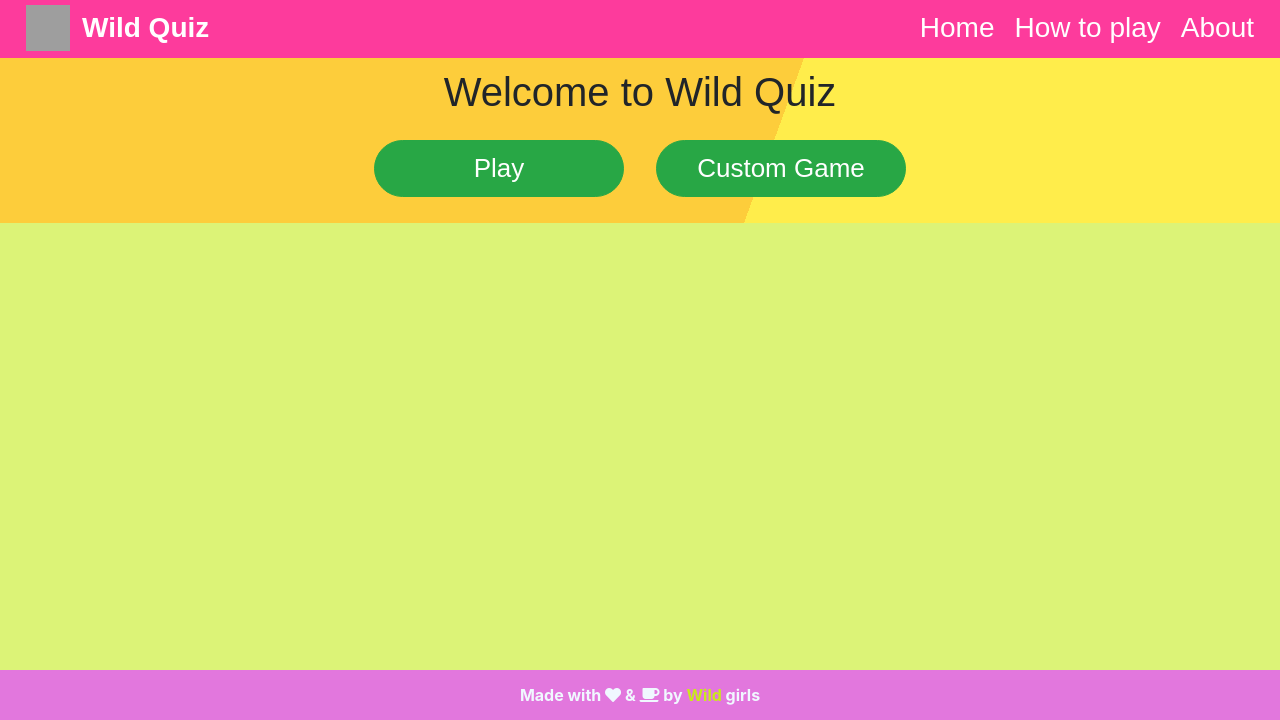
Repository: jenna1k/wildQuizApp
Page: /
These files come from the project's save history. The page is drawn as it stood at one moment and after the next save; the edit follows.
The browser window is 1280 px wide. The pictures show the whole page.
Pictures or frames that could not be fetched are drawn as grey boxes. The page's requests for data from a server got no answer. Some web fonts or font styles are not loaded; a fallback is used. Some web libraries are served in a nearby version. The project was rebuilt for these pictures with package versions that can differ from the ones it lists, and the page was loaded fresh each time. No one was signed in, and anything a server would have sent is missing. Also part of the build but not shown: src/App.css, src/components/game/GameBox.css, src/components/game/Question.js, src/components/game/Answers.js, src/components/game/ProgressBar.js, src/components/game/GameBox.js, src/components/game/SelectCategory.css, src/components/game/SelectCategory.js and 10 more.

Above is the page before, as saved 2019-05-14 15:35:30.

### public/index.html
<!DOCTYPE html>
<html lang="en">
  <head>
    <meta charset="utf-8" />
    <link rel="shortcut icon" href="%PUBLIC_URL%/favicon.ico" />
    <meta
      name="viewport"
      content="width=device-width, initial-scale=1, shrink-to-fit=no"
    />
    <meta name="theme-color" content="#000000" />
    <!--
      manifest.json provides metadata used when your web app is installed on a
      user's mobile device or desktop. See https://developers.google.com/web/fundamentals/web-app-manifest/
    -->
    <link rel="manifest" href="%PUBLIC_URL%/manifest.json" />
    <!--
      Notice the use of %PUBLIC_URL% in the tags above.
      It will be replaced with the URL of the `public` folder during the build.
      Only files inside the `public` folder can be referenced from the HTML.

      Unlike "/favicon.ico" or "favicon.ico", "%PUBLIC_URL%/favicon.ico" will
      work correctly both with client-side routing and a non-root public URL.
      Learn how to configure a non-root public URL by running `npm run build`.
    --><link rel="stylesheet" href="https://use.fontawesome.com/releases/v5.8.2/css/all.css" integrity="sha384-oS3vJWv+0UjzBfQzYUhtDYW+Pj2yciDJxpsK1OYPAYjqT085Qq/1cq5FLXAZQ7Ay" crossorigin="anonymous">
    <title>Wild Quiz App</title>
  </head>
  <body>
    <noscript>You need to enable JavaScript to run this app.</noscript>
    <div id="root"></div>
    <!--
      This HTML file is a template.
      If you open it directly in the browser, you will see an empty page.

      You can add webfonts, meta tags, or analytics to this file.
      The build step will place the bundled scripts into the <body> tag.

      To begin the development, run `npm start` or `yarn start`.
      To create a production bundle, use `npm run build` or `yarn build`.
    -->
  </body>
</html>

### src/index.css
@font-face {
  font-family: 'Quicksand';
  font-style: normal;
  font-weight: 400;
  src: local('Quicksand Regular'), local('Quicksand-Regular'), url(https://fonts.gstatic.com/s/quicksand/v9/6xKtdSZaM9iE8KbpRA_hK1QNYuDyPw.woff2) format('woff2');
  unicode-range: U+0000-00FF, U+0131, U+0152-0153, U+02BB-02BC, U+02C6, U+02DA, U+02DC, U+2000-206F, U+2074, U+20AC, U+2122, U+2191, U+2193, U+2212, U+2215, U+FEFF, U+FFFD;
}

@font-face {
  font-family: 'Jura';
  font-style: normal;
  font-weight: 400;
  src: local('Jura Regular'), local('Jura-Regular'), url(https://fonts.gstatic.com/s/jura/v10/z7NbdRfiaC4VXcRJUQZA3Jw.woff2) format('woff2');
  unicode-range: U+0000-00FF, U+0131, U+0152-0153, U+02BB-02BC, U+02C6, U+02DA, U+02DC, U+2000-206F, U+2074, U+20AC, U+2122, U+2191, U+2193, U+2212, U+2215, U+FEFF, U+FFFD;
}

body {
  margin: 0;
  padding: 0;
  -webkit-font-smoothing: antialiased;
  -moz-osx-font-smoothing: grayscale;
}

html, body {
  height: 100%;
  margin: 0;
}

#root {
  height: 100%;
}

.content {
  min-height: calc(100vh - 50px);
  background: rgb(220, 243, 119);
}

### src/App.js
import React, { Component } from 'react';
import { BrowserRouter as Router, Route } from 'react-router-dom';
import './App.css';

import Header from './components/global/Header'
import Home from './pages/Home';
import About from './pages/About';
import Rules from './pages/Rules';
import Footer from './components/global/Footer';


class App extends Component {
  render() {
    return (
      <Router>
        <div className="content">
          <Header />
          <Route exact path={'/'} component={Home} />

          <Route path={'/home'} component={Home} />
          <Route path={'/about'} component={About} />
          <Route path={'/how_to_play'} component={Rules} />
        </div>
        <Footer />
      </Router>
    );
  }
}

export default App;

### src/components/global/Header.js
import React from 'react';
import { Collapse, Navbar, NavbarToggler, NavbarBrand, Nav, NavItem } from 'reactstrap';
import { NavLink as RouterLink } from 'react-router-dom';
import './Header.css';

export default class Header extends React.Component {
  constructor(props) {
    super(props);

    this.state = {
      isOpen: false
    };

    this.toggle = this.toggle.bind(this);
    this.closeNavbar = this.closeNavbar.bind(this);
  }

  toggle() {
    this.setState({
      isOpen: !this.state.isOpen
    });
  }

  closeNavbar() {
    if (this.state.isOpen === true) {
      this.toggle();
    }
  }

  render() {
    return (
      <div id="header">
        <Navbar expand="md" className="navbar-dark">
          <NavbarBrand href="/">
            <img src="https://content.screencast.com/users/aliashkevich/folders/Default/media/3384b2f1-221e-43aa-87e5-9947a9a7d73f/logo_white.png"
              alt="logo"
              className="logo" />
            <span>Wild Quiz</span>
          </NavbarBrand>
          <NavbarToggler className="custom-toggler" onClick={this.toggle} />
          <Collapse isOpen={this.state.isOpen} navbar>
            <Nav className="ml-auto" navbar>
              <NavItem>
                <RouterLink exact to="/home" onClick={this.closeNavbar}>Home</RouterLink>
              </NavItem>
              <NavItem>
                <RouterLink to="/how_to_play" onClick={this.closeNavbar}>How to play</RouterLink>
              </NavItem>
              <NavItem>
                <RouterLink to="/about" onClick={this.closeNavbar}>About</RouterLink>
              </NavItem>
            </Nav>
          </Collapse>
        </Navbar>
      </div>
    );
  }
}

### src/pages/Home.js
import React from 'react';
import { Container, Spinner } from 'reactstrap';
import GameBox from '../components/game/GameBox';
import GameSettings from '../components/game/GameSettings';
import './Home.css';

export default class Home extends React.Component {
  constructor(props) {
    super(props);

    this.state = {
      mode: 'customization', // 'customization', 'quiz', 'result'
      quizList: [],
      currentQuiz: 0,
      score: 0,
      answered: false,
      progress: {},
      url: 'https://opentdb.com/api.php?amount=10&type=multiple',
      loading: true,
      comment: 'Solve the question !'
    };

    this.clickButton = this.clickButton.bind(this);
    this.nextButton = this.nextButton.bind(this);
    this.getData = this.getData.bind(this);
    this.getURL = this.getURL.bind(this);
  }

  clickButton(e, key) {
    const ans = document.querySelectorAll('#ans')
    var progress = Object.assign([], this.state.progress);
    if (key === 0 && !this.state.answered) {
      e.target.style.backgroundColor = 'green';
      progress.push(true);
      this.setState(state => ({ score: state.score + 10, answered: true, progress: progress, comment: 'good job!' }))
    } else if (!this.state.answered) {
      e.target.style.backgroundColor = 'red';
      progress.push(false);
      this.setState(state => ({ answered: true, progress: progress, comment: 'oopsy!' }))
      // show right answer
      setTimeout(() => {
        for (let i = 0; i < ans.length; i++) {
          if (ans[i].dataset.answer === 'correct') {
            return ans[i].style.backgroundColor = "green";
          }
        }
      }, 300)
    }
  };

  nextButton() {
    const ans = document.querySelectorAll('#ans')
    for (let i = 0; i < ans.length; i++) {
      ans[i].style.backgroundColor = "";
    }
    setTimeout(() => {
      if (this.state.currentQuiz !== this.state.quizList.length - 1) {
        this.setState(state => ({ answered: false, currentQuiz: this.state.currentQuiz + 1, comment: "Solve the question !" }))
      } else {
        this.setState(state => ({ answered: false, mode: 'result' }))
      }
    }, 300)
  }

  getData() {
    fetch(this.state.url)
      .then(res => res.json())
      .then(data => {
        this.setState({
          quizList: data.results,
          loading: false
        })
      })
  }

  getURL(url) {
    this.setState({
      url: url,
      mode: 'quiz'
    }, this.getData);
  }

  render() {
    var gamePhase;
    switch (this.state.mode) {
      case 'customization':
        gamePhase = <GameSettings getURL={this.getURL} />;
        break;
      case 'quiz':
        if (this.state.quizList.length > 0) {
          gamePhase = <GameBox
            quiz={this.state.quizList[this.state.currentQuiz]}
            score={this.state.score}
            clickButton={this.clickButton}
            nextButton={this.nextButton}
            answered={this.state.answered}
            progress={this.state.progress}
            amount={this.state.quizList.length}
            comment={this.state.comment}
            currentQuiz={this.state.currentQuiz} />;
        } else {
          gamePhase = null;
        }
        break;
      case 'result':
        gamePhase = <h1 className="text-center">Your score: {this.state.score} points</h1>
        break;
      default:
        gamePhase = <GameSettings />;
        break;
    }

    if (this.state.loading && this.state.mode === 'quiz') {
      return (
        <div className="text-center">
          <Spinner type="grow" />
          <Spinner type="grow" />
          <Spinner type="grow" />
        </div>
      )
    }

    return (
      <Container id="home">
        {gamePhase}
      </Container>
    )
  }
}

### src/components/global/Footer.js
import React from "react";
import "./Footer.css";

const Footer = () => (
  <footer className="footer">
    <span>Made with <i class="fas fa-heart"></i> & <i class="fas fa-coffee"></i> by <a href="https://odyssey.wildcodeschool.com/?locale=en" target="_blank" class="link color-inherit hover-white">Wild</a> girls</span>
  </footer>
);

export default Footer;

### src/components/global/Header.css
.logo {
  width: 56px;
  height: 46px;
}

.navbar-brand span {
  vertical-align: middle;
  font-size: 28px;
  font-weight: bold;
}

.navbar-brand img {
  padding-right: 12px;
}

nav {
  top: 0;
  position: fixed;
  z-index: 100;
}

nav.navbar {
  padding-top: 0px;
  padding-bottom: 2px;
  background-color: #fd3b9c;
  font-size: 28px;
  font-family: 'Quicksand', 'Jura', sans-serif;
  font-size: 28px;
}

.navbar a {
  padding-right: 10px;
  padding-left: 10px;
  color: #ffffff;
}

.navbar a.active {
  color: #fdfd3b;
  font-weight: bold;
  font-family: 'Quicksand', 'Jura', sans-serif;
  text-shadow: 1px 1px #e462a3;
}

.navbar a:hover {
  color: #fdfd3b;
  text-decoration: none;
}

/* remove the blue outline when active or focused */
.navbar-toggler:active, .navbar-toggler:focus {
  outline: 0;
}

.custom-toggler.navbar-toggler {
  border-color: transparent !important;
}

.custom-toggler .navbar-toggler-icon {
background-image: url("data:[embedded picture, 240 characters]") !important;
}

.ml-auto.navbar-nav{
  text-align: right;
}

### src/components/game/GameSettings.js
import React from 'react';
import { Container, Button } from 'reactstrap';
import SelectCategory from './SelectCategory';
import NumberOfQuestions from './NumberOfQuestions';
import SelectDifficulty from './SelectDifficulty';
import './GameSettings.css';


export default class GameSettings extends React.Component {
  static defaultProps = {
    url: 'https://opentdb.com/'
  }

  constructor(props) {
    super(props);

    this.generateAPIRequestURL = this.generateAPIRequestURL.bind(this);
    this.getSessionToken = this.getSessionToken.bind(this);
    this.setCategoryHandler = this.setCategoryHandler.bind(this);
    this.setAmountHandler = this.setAmountHandler.bind(this);
    this.setDifficultyHandler = this.setDifficultyHandler.bind(this);
    this.customizeGame = this.customizeGame.bind(this);
    this.checkAmountOfAvailableQuestions = this.checkAmountOfAvailableQuestions.bind(this);

    this.state = {
      gameSetting: 'default', // 'default', 'selectCategory', 'selectDifficulty', 'selectAmount'
      type: 'multiple',
      category: 'any',
      difficulty: 'any',
      amount: 10,
      token: '', // by appending a Session Token to a API Call, the API will never give you the same question twice.
      availableQuestionsList: [], // after category is selected ask API for available count of questions in DB for specific category
      availableQuestions: 50
    };
  }

  componentDidMount() {
    this.getSessionToken();
  }

  getSessionToken() {
    fetch(this.props.url + 'api_token.php?command=request')
      .then(res => res.json())
      .then(data => { this.setState({ token: data.token }) })
      .catch(error => console.log(error));
  }

  setCategoryHandler(category) {
    this.setState({
      category: category,
      gameSetting: 'selectDifficulty'
    }, this.checkAmountOfAvailableQuestions)
  }

  setAmountHandler(amount) {
    this.setState({
      amount: amount
    })
  }

  setDifficultyHandler(difficulty) {
    this.setState({
      difficulty: difficulty,
      gameSetting: 'selectAmount'
    })

    if (this.state.category !== "any") {
      const param = `total_${difficulty}_question_count`;
      const availableQuestionsCount = this.state.availableQuestionsList[param];
      this.setState({
        availableQuestions: availableQuestionsCount
      })
    }
  }

  generateAPIRequestURL() {
    const url = this.props.url
      + "api.php?token=" + this.state.token
      + (this.state.category === 'any' ? "" : "&category=" + this.state.category)
      + (this.state.difficulty === 'any' ? "" : "&difficulty=" + this.state.difficulty)
      + "&amount=" + (this.state.amount !== "" ? this.state.amount : "10");
    //+ "&type=" + this.state.type; // to do: probably it's better to skip type, because num of questions are limited and there is no choise to check how many questions are available for multuple type game

    if (this.props.getURL != null) {
      this.props.getURL(url);
    }
  }

  customizeGame() {
    this.setState({
      gameSetting: 'selectCategory'
    })
  }

  checkAmountOfAvailableQuestions() {
    if (this.state.category !== "any") {
      fetch(this.props.url + "api_count.php?category=" + this.state.category)
        .then(res => res.json())
        .then(data => { this.setState({ availableQuestionsList: data.category_question_count }) })
        .catch(error => console.log(error));
    }
  }

  render() {
    var gameSettings;
    switch (this.state.gameSetting) {
      case 'default':
        gameSettings = <Container className="text-center">
          <h1>Welcome to Wild Quiz</h1>
          <Button className="game" color="success" size="lg" onClick={this.generateAPIRequestURL}>Play</Button>
          <Button className="game" color="success" size="lg" onClick={this.customizeGame}>Custom Game</Button>
        </Container>
        break;

      case 'selectCategory':
        gameSettings = <SelectCategory setCategoryHandler={this.setCategoryHandler} />
        break;

      case 'selectDifficulty':
        gameSettings = <SelectDifficulty setDifficultyHandler={this.setDifficultyHandler} />
        break;

      case 'selectAmount':
        gameSettings = <div className="text-center">
          <NumberOfQuestions setAmountHandler={this.setAmountHandler} maxCount={this.state.availableQuestions} />
          <Button className="game" size="lg" color="success" onClick={this.generateAPIRequestURL}>Play</Button>
        </div>
        break;

      default:
        gameSettings = <div>Default</div>
        break;
    }

    return (
      <div className="game-settings">
        {gameSettings}
      </div>
    )
  }
}

### src/pages/Home.css
div#home {
  max-width: 100%;
  height: 100%;
  padding: 0;
  background: -webkit-linear-gradient(110deg, #fdcd3b 60%, #ffed4b 60%);
  background: -o-linear-gradient(110deg, #fdcd3b 60%, #ffed4b 60%);
  background: -moz-linear-gradient(110deg, #fdcd3b 60%, #ffed4b 60%);
  background: linear-gradient(110deg, #fdcd3b 60%, #ffed4b 60%);
  font-family: 'Quicksand', 'Jura', sans-serif;
}

### src/components/global/Footer.css
footer {
  width: 100%;
  padding: 0;
  margin: 0;
  text-align: center;
  transition: 200ms;
  color: aliceblue;
  font-weight: bold;
  display: flex !important;
  justify-content: center;
  align-items: center;
  height: 50px;
}

footer:hover {
  box-shadow: 0 0 2rem gray;
}

footer {
  background: rgb(226, 119, 221);
}

footer a, footer a:hover {
  color: #cae91b;
  ;
  text-decoration: none;
  background-color: transparent;
}

footer:hover {
  box-shadow: 0 0 2rem gray;
}

footer {
  background: rgb(226, 119, 221);
}

footer a, footer a:hover {
  color: #cae91b;
  ;
  text-decoration: none;
  background-color: transparent;
}

### src/components/game/GameSettings.css
div.game-settings {
  padding: 10px;
}

button.btn.game {
  margin: 1rem;
  font-size: 26px;
  width: 250px;
  border-radius: 30px;
}

Loaded but not shown: src/index.js (common file); src/serviceWorker.js (common file)

After the next save:
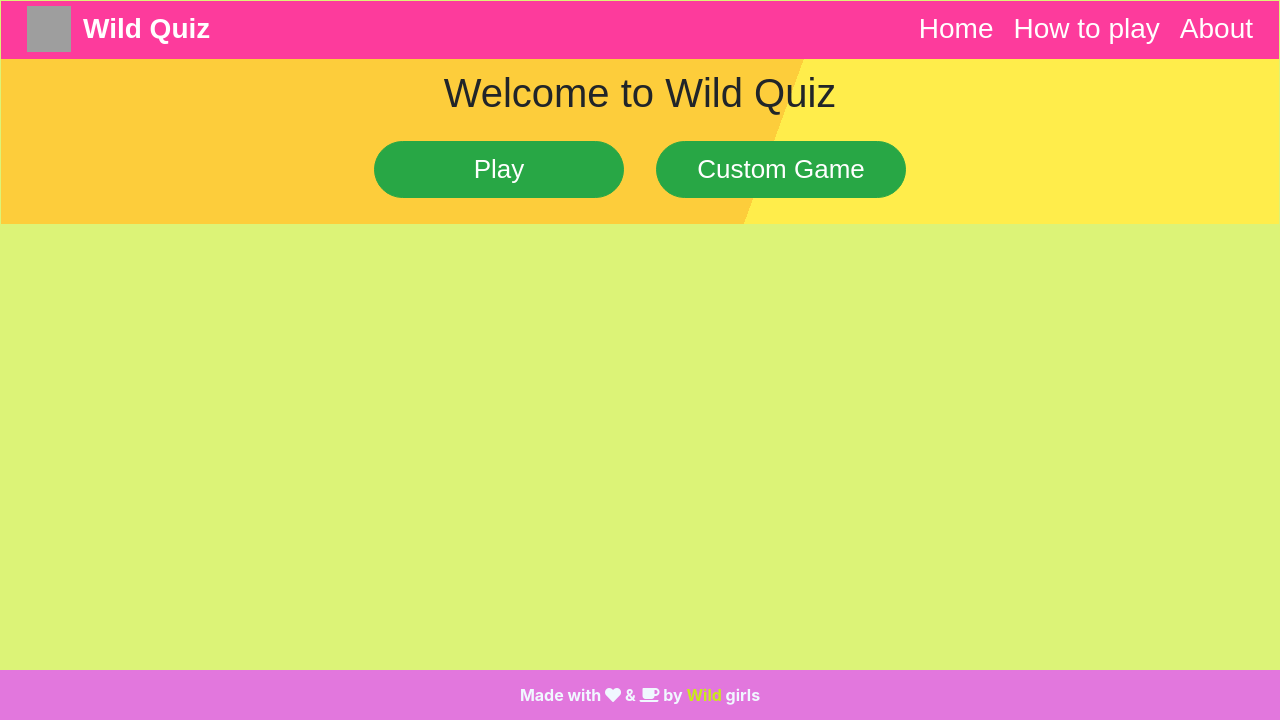
Saved 3 min 24 s later.
--- a/src/index.css
+++ b/src/index.css
@@ -33,4 +33,5 @@
 .content {
   min-height: calc(100vh - 50px);
   background: rgb(220, 243, 119);
+  border:1px solid transparent;
 }
